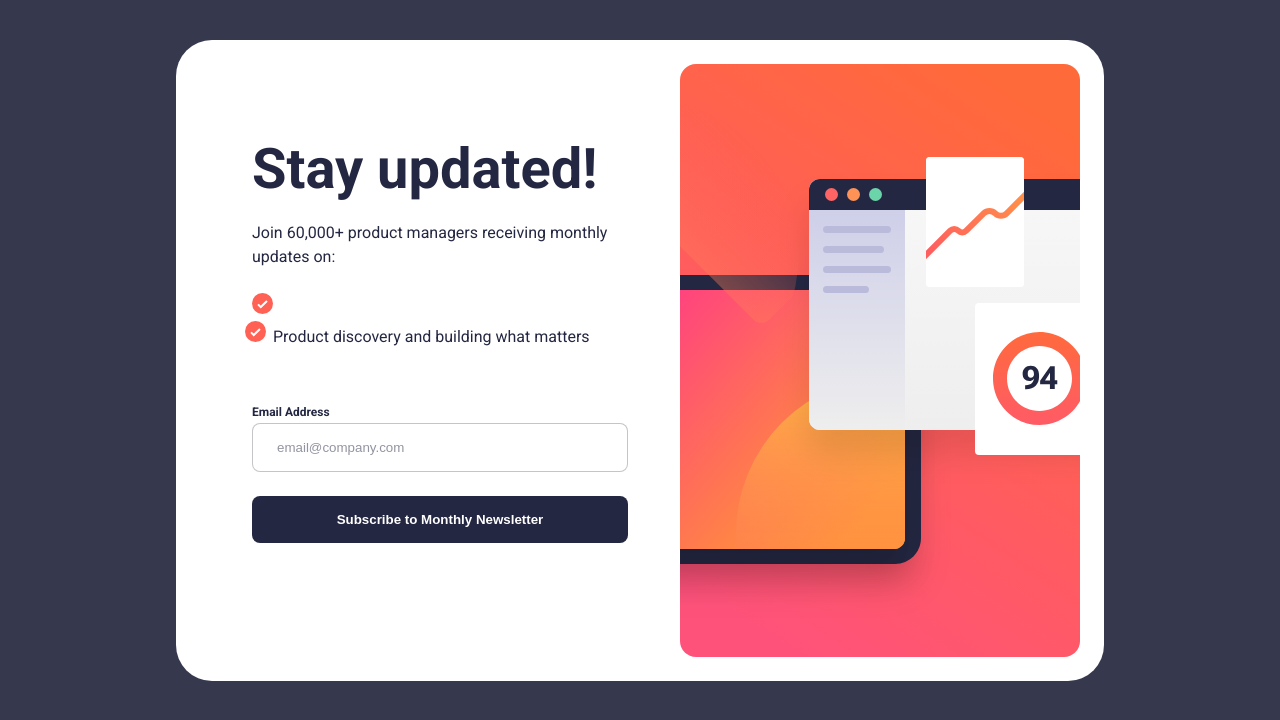
Repository: brandontaylor1/newsletter-signup
Page: index.html
These files come from the project's save history. The page is drawn as it stood at one moment and after the next save; the edit follows.
The browser window is 1280 px wide. The pictures show the whole page.

Above is the page before, as saved 2025-01-19 22:55:24.

### index.html
<!DOCTYPE html>
<html lang="en">
<head>
    <meta charset="UTF-8">
    <meta name="viewport" content="width=device-width, initial-scale=1.0">
    <link rel="preconnect" href="https://fonts.googleapis.com">
    <link rel="preconnect" href="https://fonts.gstatic.com" crossorigin>
    <link href="https://fonts.googleapis.com/css2?family=Roboto:ital,wght@0,100..900;1,100..900&display=swap" rel="stylesheet">
    <link rel="stylesheet" href="styles.css">
    <title>Newsletter Sign Up</title>
</head>
<body>
    <main class="container">
        <div class="card">
            <div class="card-content">
                <div class="card-content-text">
                    <h1>Stay updated!</h1>
                    <p>Join 60,000+ product managers receiving monthly updates on: </p>
                    <ul class="card-content-list">
                        <div class="list-item">
                            <img src="./assets/images/icon-list.svg" alt="list-image">
                            <li>Product discovery and building what matters</li>
                        </div>

                        <!-- <li>Measuring to ensure updates are a success</li>
                        <li>And much more!</li> -->
                    </ul>
                    <form id="form">
                        <div>
                            <label for="email" id="email-label">Email Address</label><br>
                            <input type="text" id="email" name="email" placeholder="email@company.com">
                        </div>
                        <button class="submit-btn">Subscribe to Monthly Newsletter</button>
                    </form>
                </div>
            </div>
            <div class="card-image">
                <img src="./assets/images/illustration-sign-up-desktop.svg" alt="desktop image">
            </div>
        </div>
    </main>


    <script type="text/javascript" src="dist/validator.min.js"></script>
    <script src="index.js"></script>
</body>
</html>

### styles.css
* {
    margin: 0;
    padding: 0;
    box-sizing: border-box;
}

:root {
    /* COLORS */

    --primary-color-tomato: hsl(4, 100%, 67%);
    --neutral-color-white: hsl(0, 0%, 100%);
    --neutral-color-darkGray: hsl(234, 29%, 20%);
    --neutral-color-charcoalGray: hsl(235, 18%, 26%);
    --neutral-color-gray: hsl(231, 7%, 60%);

    /* FONTS */
    --fontWeight-regular: 400;
    --fontWeight-heavy: 700;
}

body {
    font-family: "Roboto", sans-serif;
    font-size: 16px;
    line-height: 1.5;
}

.container {
    width: 100%;
    height: 100vh;
    background-color: var(--neutral-color-charcoalGray);
    display: flex;
    justify-content: center;
    align-items: center;
}

.card {
    height: 641px;
    width: 928px;
    background-color: var(--neutral-color-white);
    border-radius: 36px;
    display: grid;
    grid-template-columns: 1fr auto;
    grid-template-rows: 1fr;
    padding: 24px;
}

.card-content {
    display: flex;
    flex-direction: column;
    justify-content: center;
    align-items: center;
    padding: 40px;

}

.card-content-text {
    height: 446px;
    width: 376px;
    display: flex;
    flex-direction: column;
    align-items: left;
}

.card-content h1 {
    color: var(--neutral-color-darkGray);
    font-feature-settings: 'liga' off, 'clig' off;

    /* Heading */
    font-family: Roboto;
    font-size: 56px;
    font-style: normal;
    font-weight: 700;
    line-height: 100%; /* 56px */
}

.card-content p {
    padding: 24px 0;
    color: var(--neutral-color-darkGray);
    font-size: 16px;
    font-weight: 400;
    line-height: 150%; /* 24px */
    font-family: "Roboto", sans-serif;
}

.card-content-list {
    list-style-image: url("./assets/images/icon-list.svg")
}

.card-content-list li {
    margin-left: 21px;
    margin-right: 16px;
    padding-bottom: 10px;
    color: var(--neutral-color-darkGray);

    /* Body */
    font-family: Roboto;
    font-size: 16px;
    font-style: normal;
    font-weight: 400;
    line-height: 150%; /* 24px */
}

#form {
    margin-top: 40px;
}

label {
    color: var(--Dark-Navy, #242742);
    font-feature-settings: 'liga' off, 'clig' off;

    /* Body Small */
    font-family: Roboto;
    font-size: 12px;
    font-style: normal;
    font-weight: 700;
    line-height: 150%; /* 18px */
    margin-bottom: 8px;
}


#email {
    width: 100%;
    border-radius: 8px;
    border: 1px solid var(--grey-25, rgba(25, 24, 43, 0.25));
    padding: 16px 24px;
}

#email::placeholder {
    color: var(--neutral-color-gray);
}

.submit-btn {
    margin-top: 24px;
    width: 100%;
    padding: 16px 71px;
    border-radius: 8px;
    font-weight: 700;
    border: none;
    background: var(--neutral-color-darkGray);
    color: var(--neutral-color-white);
    cursor: pointer;
}

.submit-btn:hover {
    border-radius: 8px;
    background: var(--Gradient-1, linear-gradient(204deg, #FF6A3A 0%, #FF527B 100%));
    box-shadow: 0px 16px 32px 0px rgba(255, 97, 85, 0.50);
    cursor: pointer;
    transition: all 0.3s ease;
}

.card-image img {
    object-fit: contain;
    width: 400px;
}

### index.js
const form = document.querySelector('form');
const dismissBtn = document.querySelector('#dismiss-btn')

const handleSubmit = (e) => {
    e.preventDefault();
    const formData = new FormData(form);
    const data = Object.fromEntries(formData);
    console.log(data);
    form.reset();
    window.location.href = "success.html";

}

form.addEventListener('submit', handleSubmit);

After the next save:
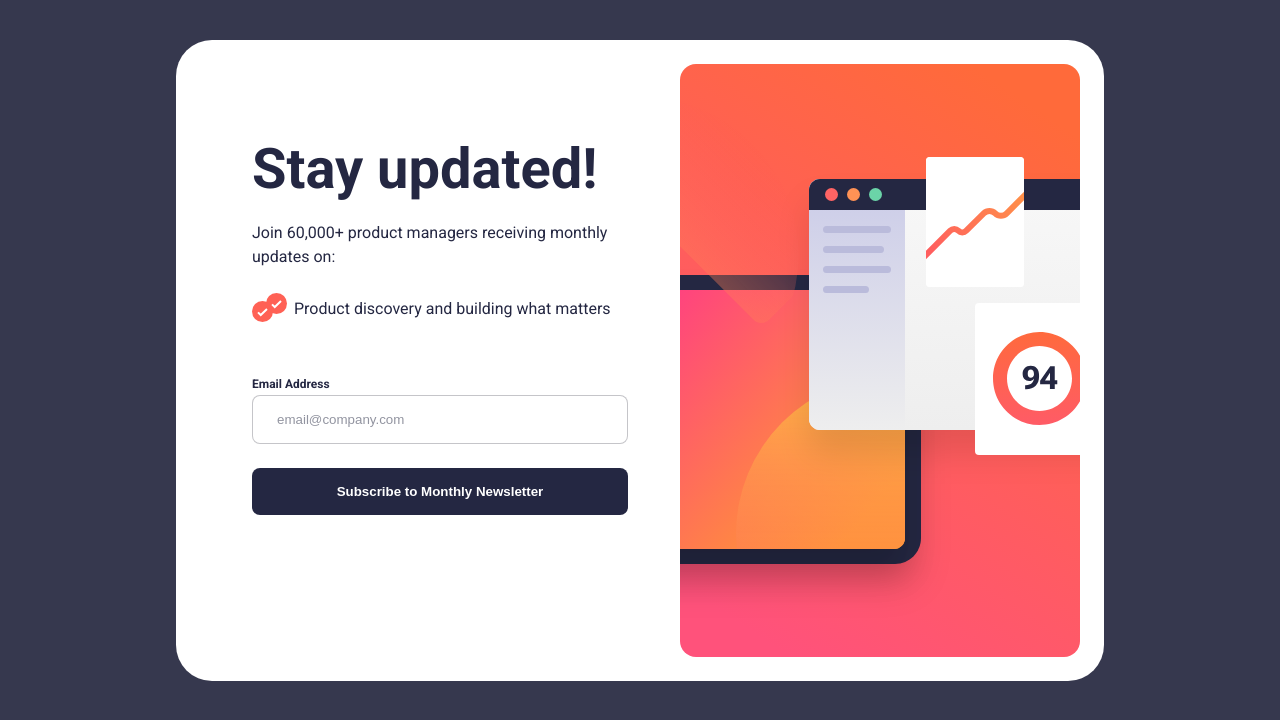
Saved 24 s later.
--- a/styles.css
+++ b/styles.css
@@ -100,6 +100,11 @@ body {
     line-height: 150%; /* 24px */
 }
 
+.list-item {
+    display: flex;
+    align-items: center;
+}
+
 #form {
     margin-top: 40px;
 }
